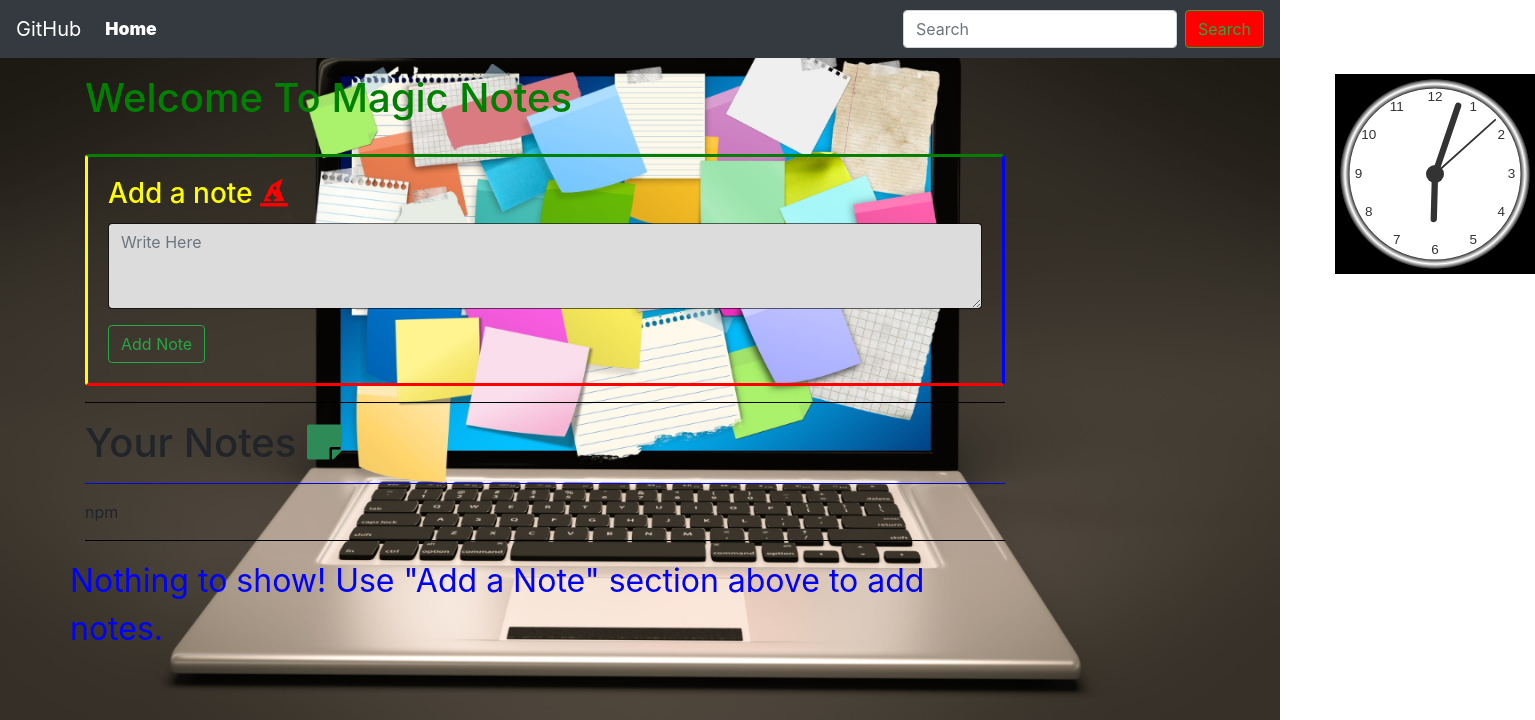
Repository: Prrajainn/Project-MagiCNotes
Page: magicNotes.html
These files come from the project's save history. The page is drawn as it stood at one moment and after a run of saves; the edit follows.
The browser window is 1280 px wide. The page is 1535 px wide, so the pictures cover 1535 px, including what lies to the right of the window. The pictures show the whole page.

Above is the page before, as saved 2020-08-11 21:14:05.

After the next 3 saves:
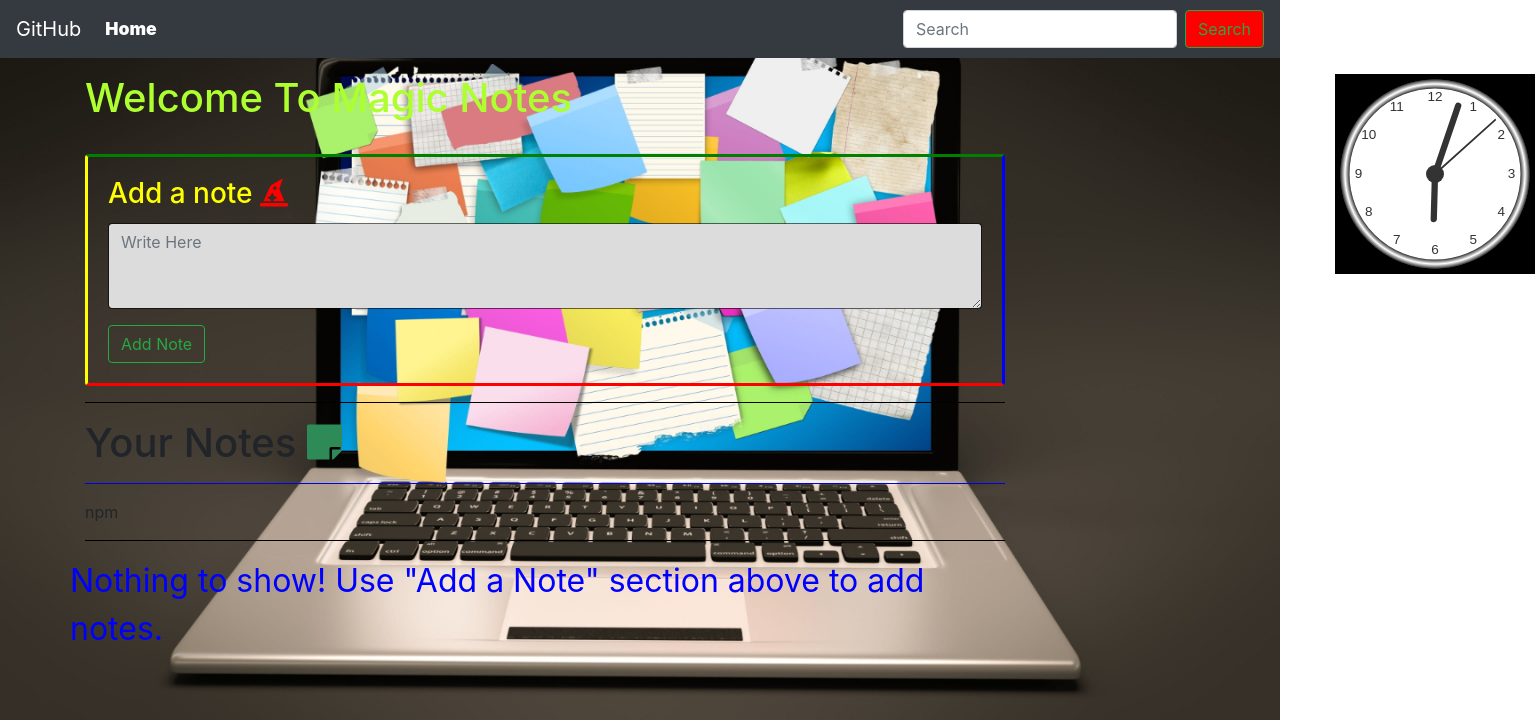
The 3 saves are shown as one change because they came seconds apart.
The last was saved 14 s later.
--- a/magicNotes.html
+++ b/magicNotes.html
@@ -51,7 +51,7 @@
   <div class="container my-3">
     <div class="row">
       <div class="col-10">
-        <h1 style="color: green">Welcome To Magic Notes</h1>
+        <h1 style="color: greenyellow">Welcome To Magic Notes</h1>
         <br>
         <div style="border: solid ; background-color: transparent ; border-color:green blue red yellow " class="card">
           <div class="card-body">
